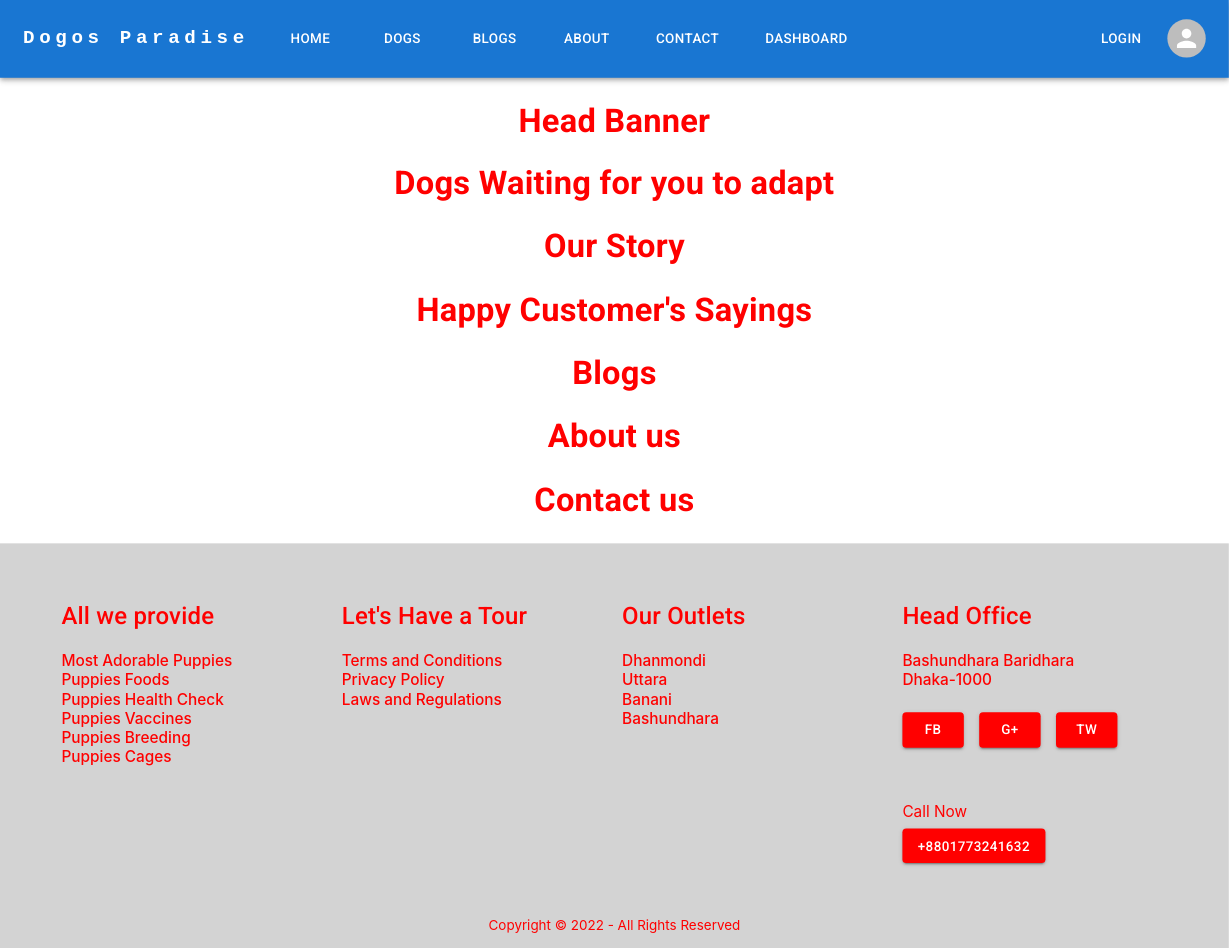
Repository: Sharif-00112/dogos-paradise-client
Page: /
An editor plug-in stored every save of this project. The page is shown before and after the next save, followed by the edit.
The browser window is 1280 px wide. The pictures show the whole page, at 96% of full size.
The page's requests for data from a server got no answer. The project was rebuilt for these pictures with package versions that can differ from the ones it lists, and the page was loaded fresh each time. Some packages were replaced by stand-ins written for this rebuild. No one was signed in, and anything a server would have sent is missing. Also part of the build but not shown: src/Pages/Login/Login/Login.js, src/Pages/Login/Register/Register.js, src/Pages/NotFound/NotFound.js.

Above is the page before, as saved 2022-11-30 23:40:24.

After the next save:
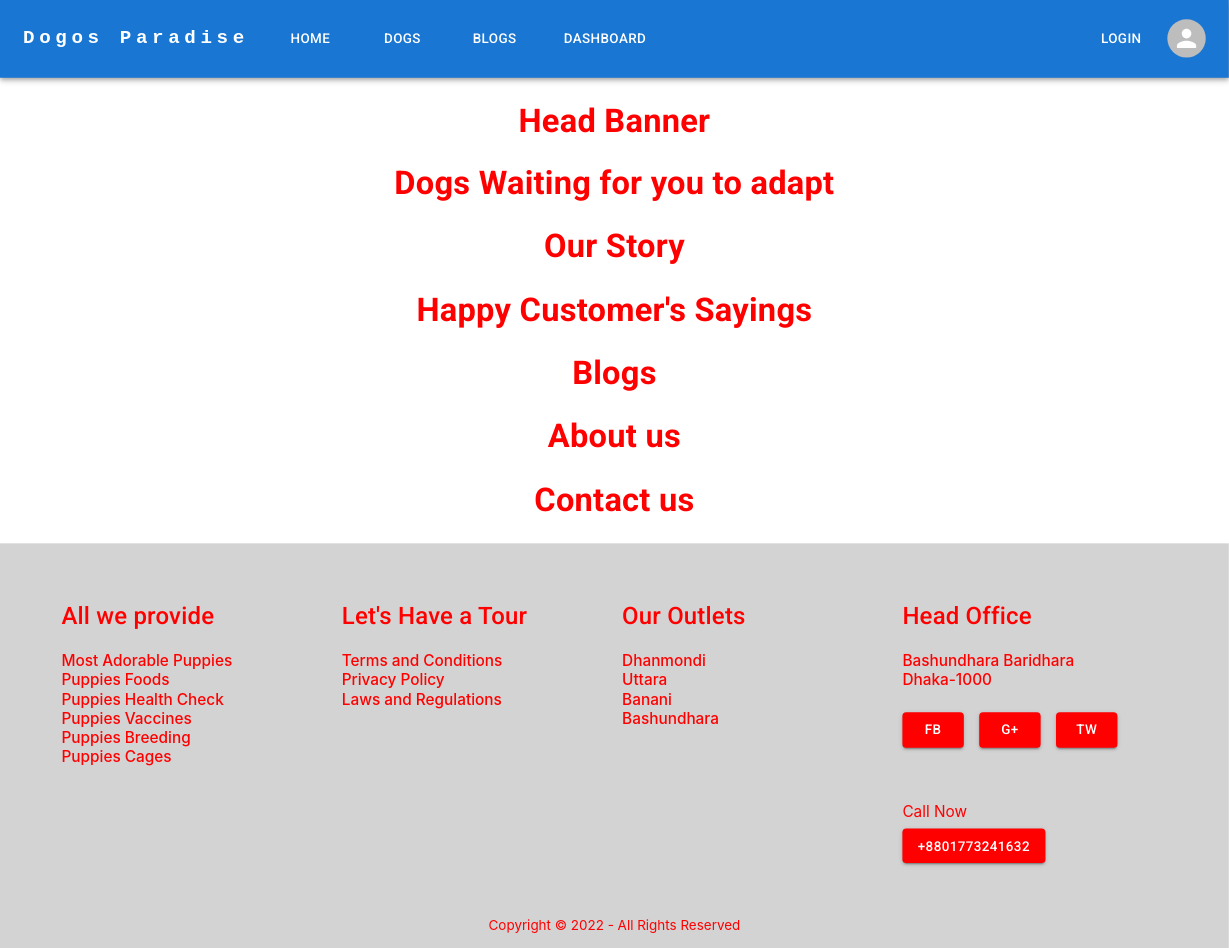
Saved 23 h 11 min later.
--- a/src/Pages/Shared/Navigation/Navigation.js
+++ b/src/Pages/Shared/Navigation/Navigation.js
@@ -30,16 +30,16 @@ const pages = [
         to = '/blogs'>
         <Button sx={{mx:1}} color="inherit">Blogs</Button>
     </Link>,
-    <Link
-        style={{ textDecoration:'none', color:'white' }}
-        to = '/about'>
-        <Button sx={{mx:1}} color="inherit">About</Button>
-    </Link>,
-    <Link
-        style={{ textDecoration:'none', color:'white' }}
-        to = '/contact'>
-        <Button sx={{mx:1}} color="inherit">Contact</Button>
-    </Link>,
+    // <Link
+    //     style={{ textDecoration:'none', color:'white' }}
+    //     to = '/about'>
+    //     <Button sx={{mx:1}} color="inherit">About</Button>
+    // </Link>,
+    // <Link
+    //     style={{ textDecoration:'none', color:'white' }}
+    //     to = '/contact'>
+    //     <Button sx={{mx:1}} color="inherit">Contact</Button>
+    // </Link>,
     <Link
         style={{ textDecoration:'none', color:'white' }}
         to = '/dashboard'>
